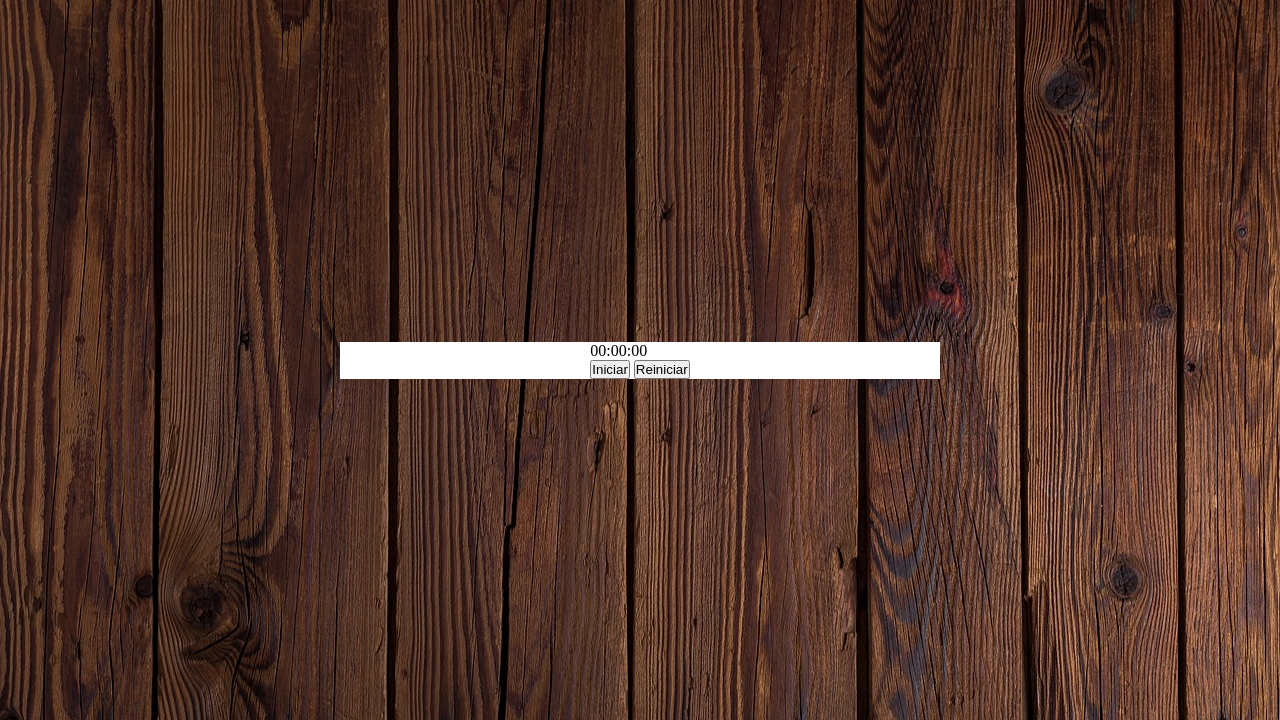
Repository: JoyMoGas/javascript-learn
Page: cronometro/index.html
These files come from the project's save history. The page is drawn as it stood at one moment and after the next save; the edit follows.
The browser window is 1280 px wide. The pictures show the whole page.

Above is the page before, as saved 2024-05-13 17:56:58.

After the next save:
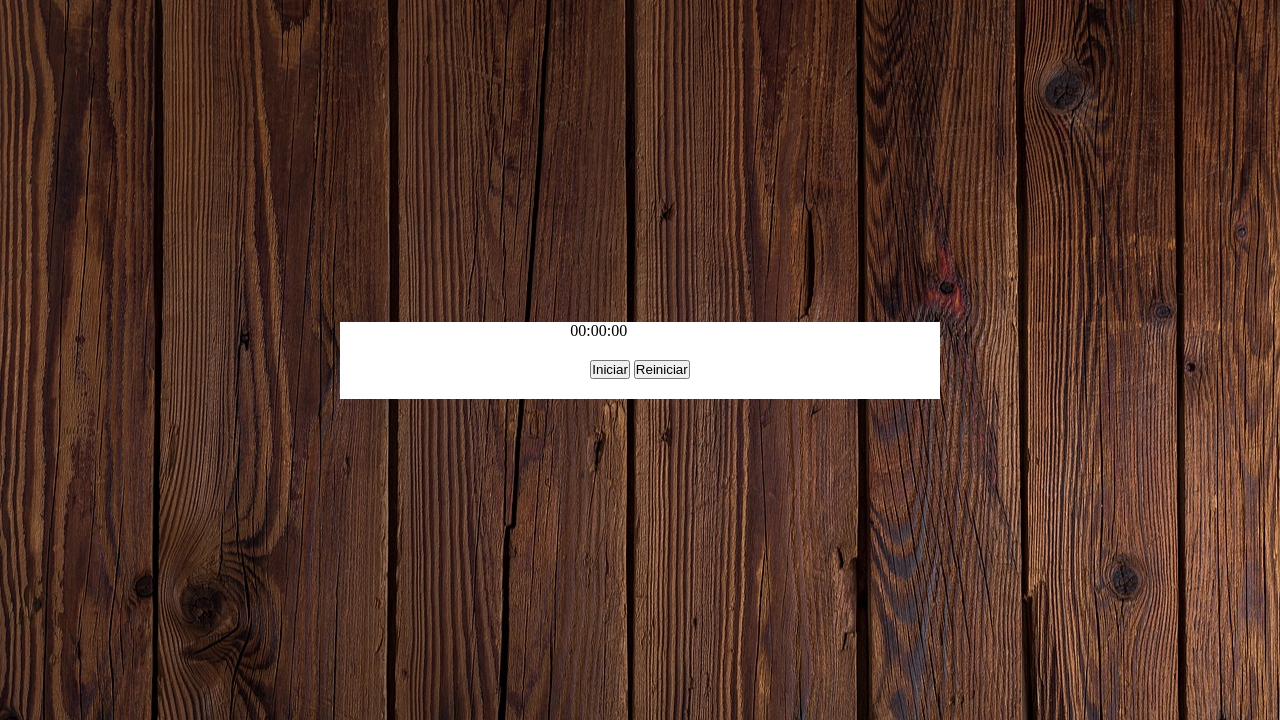
Saved 90 s later.
--- a/cronometro/styles.css
+++ b/cronometro/styles.css
@@ -24,3 +24,7 @@ body {
   align-items: center;
   background-color: white;
 }
+
+.contenedor-botones {
+  padding: 20px;
+}
